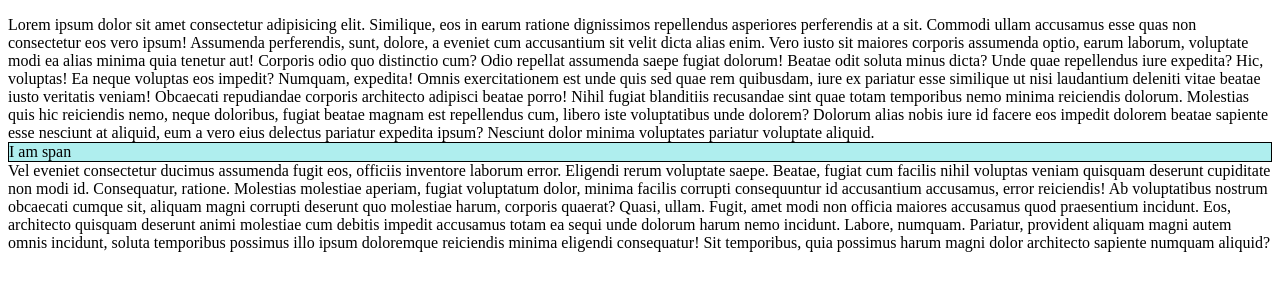
Repository: zhFIsHappy/UdemyFullStack
Page: app2.html
The author's editor kept a copy of each file at every save. The page is drawn from the files as they stood at one save, then again after the next save.
The browser window is 1280 px wide. The pictures show the whole page.

Above is the page before, as saved 2022-03-24 11:02:31.

After the next save:
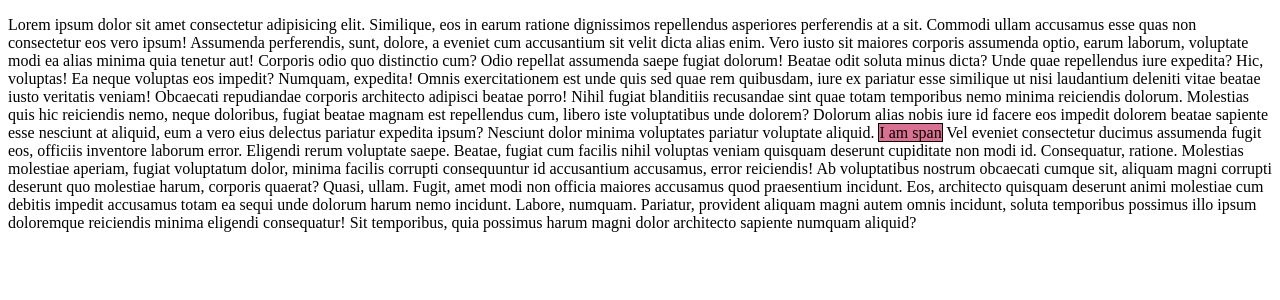
Saved 25 s later.
--- a/app2.css
+++ b/app2.css
@@ -1,11 +1,5 @@
 /*display */
-h1{
-    background-color:palegoldenrod;
-    border : 1px solid black;
-    display: inline;
+span{
+    background-color: palevioletred;
+    border: 1px solid
 }
-span{
-    background-color: paleturquoise;
-    border : 1px solid black;
-    display: block;
-}
